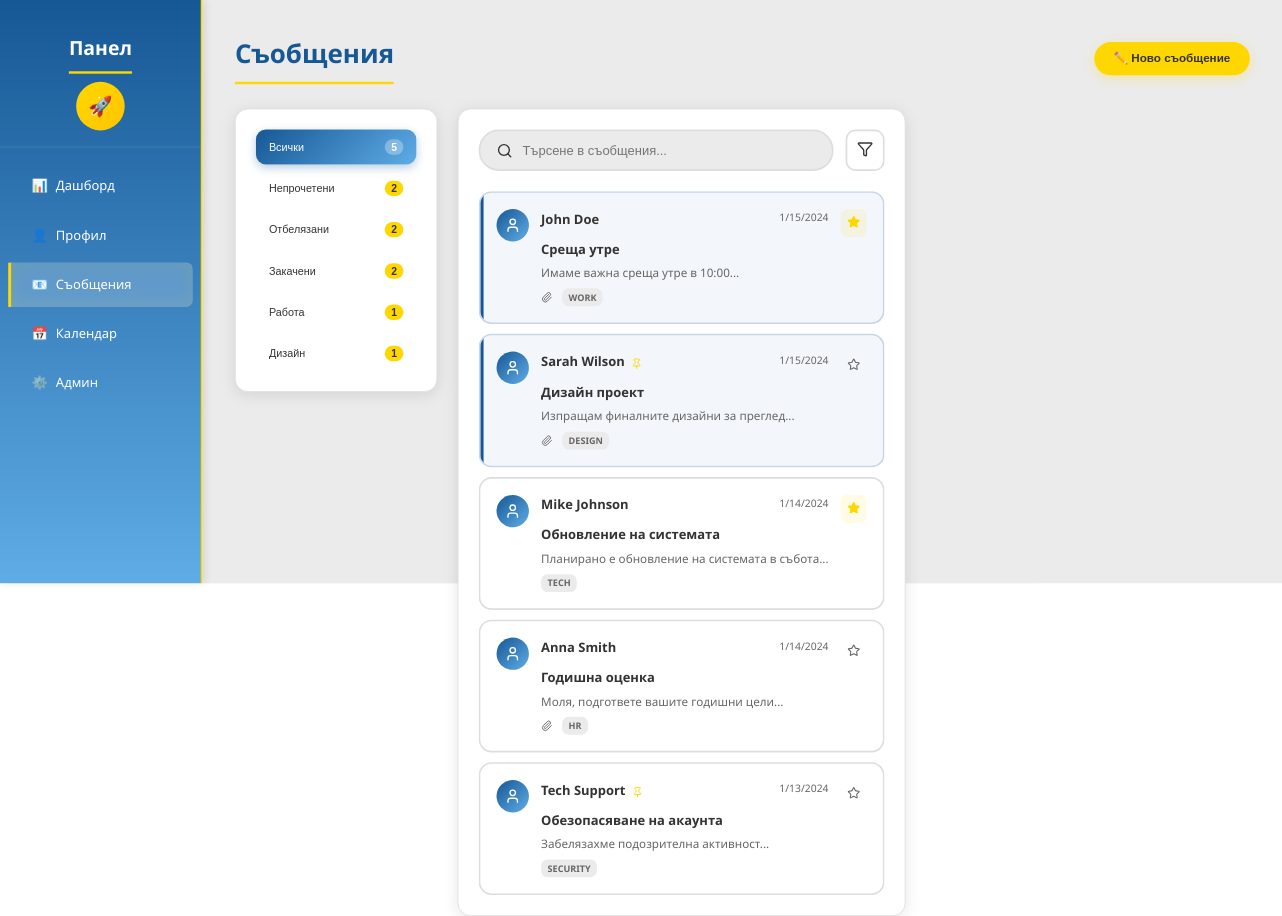
Repository: BorisSavianov/doxa-frontend
Page: /inbox
An editor plug-in stored every save of this project. The page is shown before and after the next save, followed by the edit.
The browser window is 1280 px wide. The page is 1583 px wide, so the pictures cover 1583 px, including what lies to the right of the window. The pictures show the whole page, at 81% of full size.
The project was rebuilt for these pictures with package versions that can differ from the ones it lists, and the page was loaded fresh each time. Also part of the build but not shown: vite.config.js, src/components/Layout/Header.jsx, src/components/Charts/SimpleChart.jsx, src/pages/Dashboard.jsx, src/pages/Profile.jsx, src/pages/Calendar.css, src/pages/Calendar.jsx, src/pages/Admin.jsx.

Above is the page before, as saved 2025-10-24 13:13:25.

After the next save:
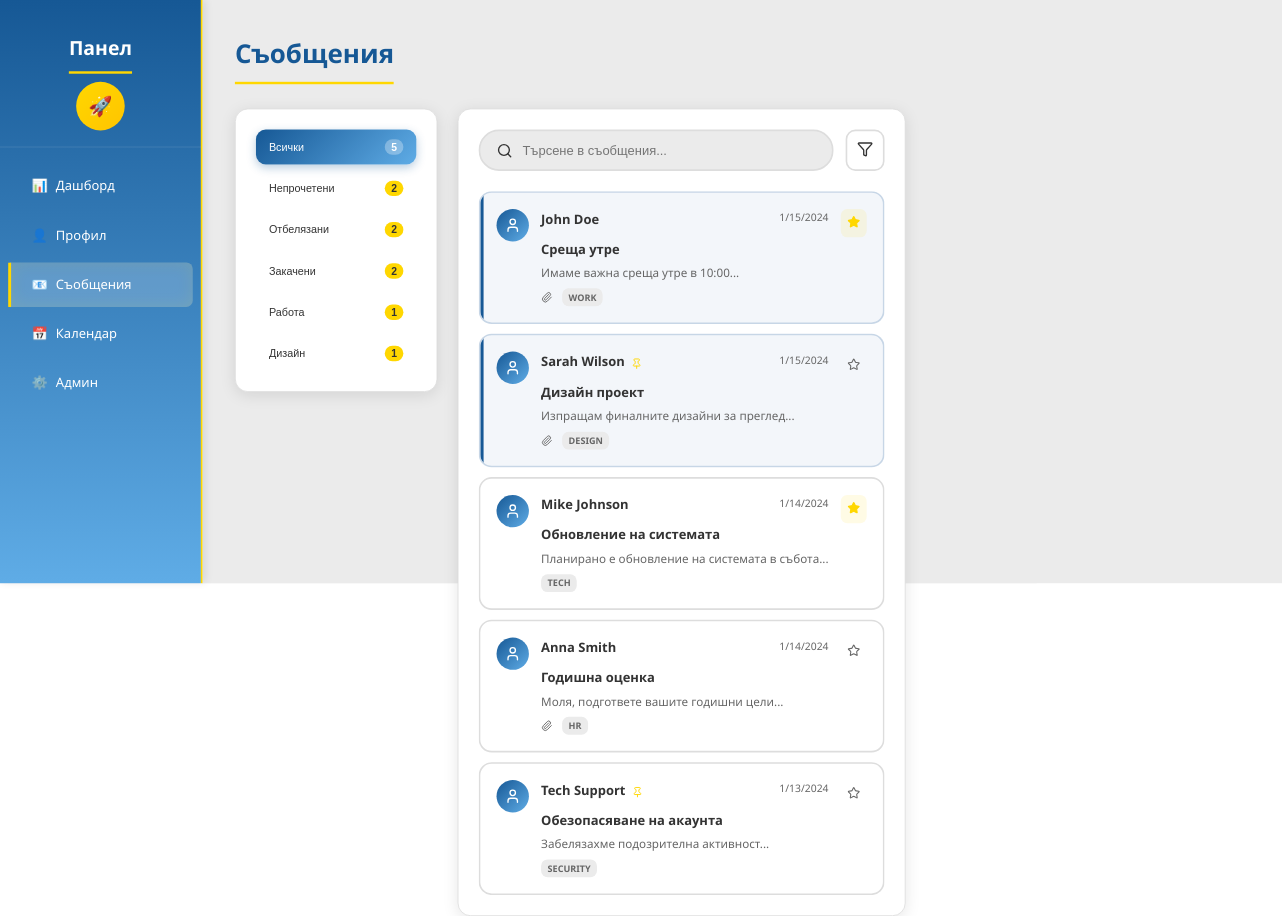
Saved 29 s later.
--- a/src/pages/Inbox.jsx
+++ b/src/pages/Inbox.jsx
@@ -179,12 +179,7 @@ const Inbox = () => {
       {/* Header */}
       <div className="inbox-header">
         <h2>{t('Съобщения', 'Inbox')}</h2>
-        <button
-          className="btn btn-accent compose-btn"
-          onClick={() => setComposing(true)}
-        >
-          {t('✏️ Ново съобщение', '✏️ Compose')}
-        </button>
+
       </div>
 
       <div className="inbox-layout">
@@ -382,7 +377,10 @@ const Inbox = () => {
               exit={{ scale: 0.8, opacity: 0 }}
               onClick={(e) => e.stopPropagation()}
             >
-
+              <div className="compose-header">
+                <h3>{t('Ново съобщение', 'New Message')}</h3>
+                <button className="close-btn" onClick={() => setComposing(false)}>×</button>
+              </div>
 
               <div className="compose-body">
                 <input
